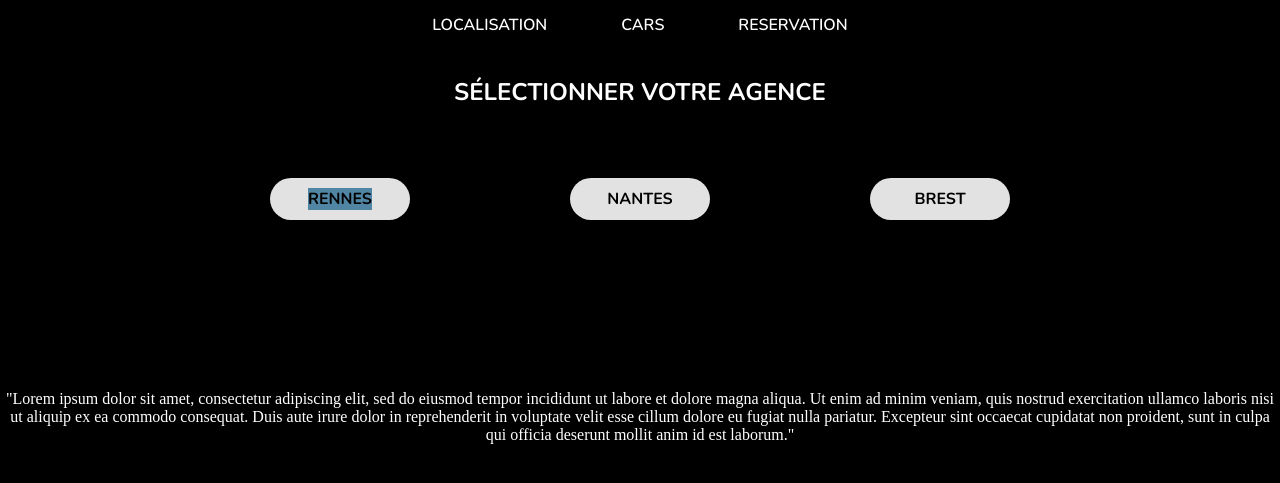
Repository: romgrm/jenaipasdevoiture
Page: src/main/java/fr/romgrm/index.html
An editor plug-in stored every save of this project. The page is shown before and after the next save, followed by the edit.
The browser window is 1280 px wide. The pictures show the whole page.
An inner scrolling area shows only its first screen.

Above is the page before, as saved 2020-10-15 21:45:38.

After the next save:
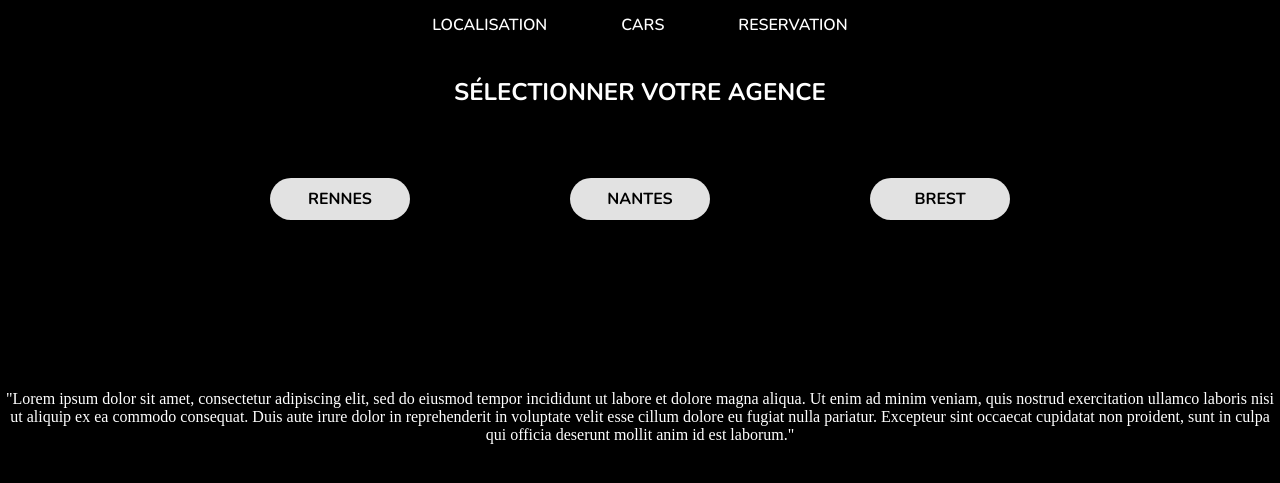
Saved 14 s later.
--- a/src/main/java/fr/romgrm/style.css
+++ b/src/main/java/fr/romgrm/style.css
@@ -126,7 +126,7 @@ Section{
     color: black;
 }
 
-.agence:hover, #zo{
+.agence:hover, a #zo {
     color: white;
     background-color: rgb(80, 133, 163);
 
